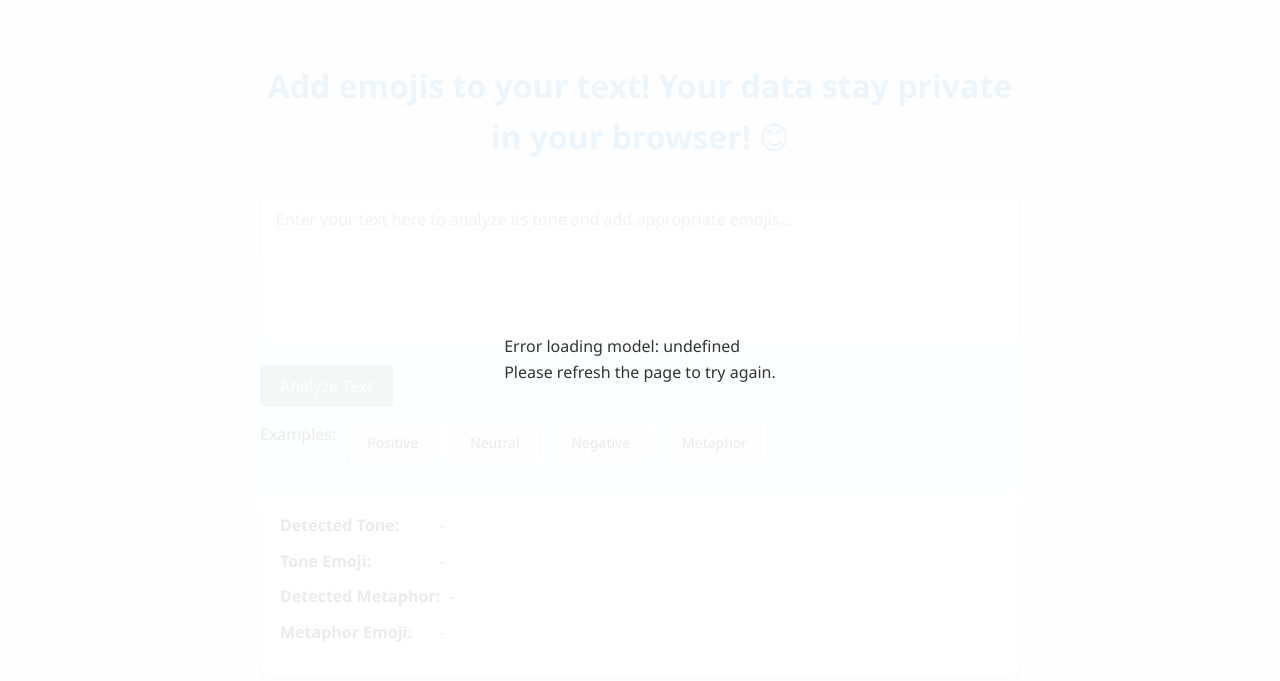
Repository: Teycir/emojiadder
Page: index.html
The author's editor kept a copy of each file at every save. The page is drawn from the files as they stood at one save, then again after the next save.
The browser window is 1280 px wide. The pictures show the window.
A layer covers the whole window, so only the first screen is drawn.

Above is the page before, as saved 2025-03-23 14:37:34.

### index.html
<!DOCTYPE html>
<html lang="en">

<head>
  <link rel="icon" type="image/svg+xml" href="data:[embedded picture, 137 characters]" />
    <meta charset="UTF-8">
    <meta name="viewport" content="width=device-width, initial-scale=1.0">
    <title>Private Emoji adder</title>

    <!-- Preload critical resources -->
    <link rel="preload" href="https://cdn.jsdelivr.net/npm/@xenova/transformers@2.14.0/dist/transformers.min.js" as="script" />
    <link rel="modulepreload" href="./models/sentiment.worker.js" />
    <link rel="modulepreload" href="./models/SentimentModel.js" />
    <link rel="modulepreload" href="./TextToneDetector.js" />
    <link rel="modulepreload" href="./utils/EmojiUtils.js" />
    <link rel="modulepreload" href="./utils/MetaphorUtils.js" />

    <link rel="stylesheet" href="styles.css">

    <!-- Start loading the model worker early -->
    <script type="module">
        // Register service worker for model caching
        if ('serviceWorker' in navigator) {
            window.addEventListener('load', () => {
                navigator.serviceWorker.register('./service-worker.js')
                    .then(registration => {
                        console.log('Service Worker registered with scope:', registration.scope);
                    })
                    .catch(error => {
                        console.error('Service Worker registration failed:', error);
                    });
            });
        }

        // Create a hidden iframe to start loading the worker in parallel
        window.addEventListener('load', () => {
            setTimeout(() => {
                const modelLoader = new Worker('./models/sentiment.worker.js', { type: 'module' });
                window.preloadedModelWorker = modelLoader;
                console.log('Preloaded model worker');
            }, 0);
        });
    </script>
</head>

<body>
    <div class="container">

        <h1>Add emojis to your text! Your data stay private in your browser! 😊</h1>


        <div class="input-section">
            <textarea id="text-input"
                placeholder="Enter your text here to analyze its tone and add appropriate emojis..."></textarea>
            <button id="analyze-btn">Analyze Text</button>
            <div class="examples">
                <p>Examples:</p>
                <button class="example-btn"
                    data-text="I'm so happy with the results! This is amazing.">Positive</button>
                <button class="example-btn" data-text="This is just okay, nothing special.">Neutral</button>
                <button class="example-btn" data-text="I'm really disappointed with this service.">Negative</button>
                <button class="example-btn"
                    data-text="The journey to success is like climbing a mountain.">Metaphor</button>
            </div>
        </div>

        <div class="result-section">
            <div class="result-card">
                <div class="result-item">
                    <div class="label">Detected Tone:</div>
                    <div id="tone-result" class="value">-</div>
                </div>
                <div class="result-item">
                    <div class="label">Tone Emoji:</div>
                    <div id="tone-emoji" class="value">-</div>
                </div>
                <div class="result-item">
                    <div class="label">Detected Metaphor:</div>
                    <div id="metaphor-result" class="value">-</div>
                </div>
                <div class="result-item">
                    <div class="label">Metaphor Emoji:</div>
                    <div id="metaphor-emoji" class="value">-</div>
                </div>
            </div>
            <div class="enhanced-text-card">
                <h2>Enhanced Text</h2>
                <div id="enhanced-text-result">-</div>
            </div>
        </div>

        <div class="loader-container" id="loader">
            <div class="loader"></div>
            <div id="loading-status">Initializing...</div>
            <div class="loading-progress">
                <div id="loading-progress-bar" class="loading-progress-bar"></div>
            </div>
            <p>The model will be cached for instant access on your next visit.</p>
        </div>
    </div>

    <!-- Note the type="module" to use ES modules (modules are deferred by default) -->
    <script type="module" src="./script.js"></script>
    <div style="top: 5px; left: 10px; font-size: xx-small; margin: 10px;">
        <a href="https://github.com/Teycir/emojiadder">
            Code on GitHubRepo.
        </a><br>
        Made by <a href="https://www.teycirbensoltane.tn">Teycir Ben Soltane.</a><br>
        We respect privacy, your text stays in the browser.
    </div>

</body>

</html>

### models/sentiment.worker.js
// Web Worker for loading and running the sentiment model
import { pipeline } from 'https://cdn.jsdelivr.net/npm/@xenova/transformers@2.14.0/dist/transformers.min.js';

// Store the pipeline instance
let sentimentPipeline = null;

// Handle messages from the main thread
self.onmessage = async function(event) {
  const { type, data } = event.data;

  switch (type) {
    case 'initialize':
      try {
        console.log('[Worker] Starting to load sentiment model...');

        // Initialize the sentiment analysis pipeline
        sentimentPipeline = await pipeline('sentiment-analysis', 'Xenova/distilbert-base-uncased-finetuned-sst-2-english');

        console.log('[Worker] Sentiment model loaded successfully');

        // Notify the main thread that the model is ready
        self.postMessage({ type: 'initialized', success: true });
      } catch (error) {
        console.error('[Worker] Error loading model:', error);
        self.postMessage({
          type: 'initialized',
          success: false,
          error: error.message
        });
      }
      break;

    case 'analyze':
      try {
        if (!sentimentPipeline) {
          throw new Error('Model not loaded yet');
        }

        const text = data.text;
        const result = await sentimentPipeline(text);

        self.postMessage({
          type: 'result',
          requestId: data.requestId,
          result: result[0]
        });
      } catch (error) {
        console.error('[Worker] Analysis error:', error);
        self.postMessage({
          type: 'result',
          requestId: data.requestId,
          error: error.message
        });
      }
      break;
  }
};

// Start preloading the model immediately when the worker is instantiated
console.log('[Worker] Worker initialized, preloading model...');
self.postMessage({ type: 'preloading' });

// Begin loading the model right away without waiting for a message
(async function() {
  try {
    console.log('[Worker] Auto-starting model initialization');
    sentimentPipeline = await pipeline('sentiment-analysis', 'Xenova/distilbert-base-uncased-finetuned-sst-2-english');
    console.log('[Worker] Model preloaded successfully');
    self.postMessage({ type: 'initialized', success: true });
  } catch (error) {
    console.error('[Worker] Error preloading model:', error);
    // We don't send an error here as we'll attempt to load again when requested
  }
})();

### models/SentimentModel.js
/**
 * Handles sentiment analysis using Transformers.js via Web Worker
 * Implements caching and background loading to improve performance
 */
class SentimentModel {
  // Static properties for caching
  static instance = null;
  static worker = null;
  static isInitializing = false;
  static initPromise = null;
  static requestCounter = 0;
  static pendingRequests = new Map();

  constructor() {
    console.log('SentimentModel constructor called');

    // Return existing instance if available
    if (SentimentModel.instance) {
      console.log('Returning cached SentimentModel instance');
      return SentimentModel.instance;
    }

    this.isLoaded = false;

    // Store this instance as the singleton
    SentimentModel.instance = this;

    // Initialize worker if not already created
    if (!SentimentModel.worker) {
      this._initWorker();
    }
  }

  /**
   * Initialize the Web Worker
   * @private
   */
  _initWorker() {
    console.log('Creating sentiment model worker');

    // Create a new worker
    SentimentModel.worker = new Worker('./models/sentiment.worker.js', { type: 'module' });

    // Set up message handler
    SentimentModel.worker.onmessage = (event) => {
      const { type, requestId, result, success, error } = event.data;

      switch (type) {
        case 'preloading':
          console.log('Model preloading started in worker');
          break;

        case 'initialized':
          console.log('Model initialization complete, success:', success);
          if (success) {
            this.isLoaded = true;
            if (SentimentModel.initPromise) {
              SentimentModel.isInitializing = false;
              SentimentModel.initPromise.resolve(true);
            }
          } else {
            if (SentimentModel.initPromise) {
              SentimentModel.isInitializing = false;
              SentimentModel.initPromise.reject(new Error(error || 'Model initialization failed'));
            }
          }
          break;

        case 'result':
          // Resolve the pending promise for this request
          const pendingRequest = SentimentModel.pendingRequests.get(requestId);
          if (pendingRequest) {
            if (error) {
              pendingRequest.reject(new Error(error));
            } else {
              pendingRequest.resolve(result);
            }
            SentimentModel.pendingRequests.delete(requestId);
          }
          break;
      }
    };

    // Handle worker errors
    SentimentModel.worker.onerror = (error) => {
      console.error('Worker error:', error);
      if (SentimentModel.initPromise && SentimentModel.isInitializing) {
        SentimentModel.isInitializing = false;
        SentimentModel.initPromise.reject(error);
      }
    };
  }

  /**
   * Initialize the sentiment analysis model
   * @returns {Promise} Resolves when model is loaded
   */
  async initialize() {
    // If model is already loaded, return immediately
    if (this.isLoaded) {
      console.log('Model already loaded, using cached instance');
      return Promise.resolve(true);
    }

    // If initialization is in progress, return the existing promise
    if (SentimentModel.isInitializing) {
      console.log('Model initialization already in progress, waiting...');
      return SentimentModel.initPromise;
    }

    // Create a new initialization promise
    SentimentModel.isInitializing = true;

    let promiseResolve, promiseReject;
    SentimentModel.initPromise = new Promise((resolve, reject) => {
      promiseResolve = resolve;
      promiseReject = reject;
    });

    // Store resolvers in the promise
    SentimentModel.initPromise.resolve = promiseResolve;
    SentimentModel.initPromise.reject = promiseReject;

    console.log('Requesting model initialization from worker');
    SentimentModel.worker.postMessage({ type: 'initialize' });

    return SentimentModel.initPromise;
  }

  /**
   * Analyze text sentiment
   * @param {string} text - Text to analyze
   * @returns {Object} Sentiment result
   */
  async analyze(text) {
    if (!SentimentModel.worker) {
      throw new Error('Worker not initialized');
    }

    // Create a promise for this specific request
    const requestId = ++SentimentModel.requestCounter;

    let resolveRequest, rejectRequest;
    const requestPromise = new Promise((resolve, reject) => {
      resolveRequest = resolve;
      rejectRequest = reject;
    });

    // Store the promise resolvers
    SentimentModel.pendingRequests.set(requestId, {
      resolve: resolveRequest,
      reject: rejectRequest
    });

    // Send the analysis request to the worker
    SentimentModel.worker.postMessage({
      type: 'analyze',
      data: {
        requestId,
        text
      }
    });

    return requestPromise;
  }
}

export default SentimentModel;

### utils/EmojiUtils.js
/**
 * Provides emoji-related functionality
 */
class EmojiUtils {
    constructor() {
      // Metaphor emoji mappings
      this.metaphorEmojis = {
        speed: ['🚀', '⚡', '💨', '🏃‍♂️'],
        strength: ['💪', '🦾', '🦁', '🐂'],
        growth: ['🌱', '🌳', '📈', '⬆️'],
        time: ['⏰', '⌛', '🕒', '📅'],
        money: ['💰', '💵', '💸', '💲'],
        success: ['🏆', '🥇', '🎖️', '🔝'],
        failure: ['👎', '📉', '❌', '💥'],
        idea: ['💡', '✨', '🧠', '🤔'],
        communication: ['💬', '📣', '📱', '✉️'],
        love: ['❤️', '💕', '💘', '🌹'],
        journey: ['🛣️', '🧭', '🧳', '🚶‍♂️'],
        competition: ['🏁', '🥊', '⚔️', '🎯'],
        health: ['🏥', '💊', '🩺', '🫀'],
        technology: ['📱', '💻', '🤖', '⚙️'],
        education: ['📚', '🎓', '✏️', '🧮'],
        nature: ['🌿', '🌳', '🌊', '🏔️'],
        celebration: ['🎉', '🎊', '🥂', '🎈']
      };

      // Tone emoji mappings
      this.toneEmojis = {
        positive: ['😊', '😄', '🥰', '✨', '👍', '🙌'],
        neutral: ['😐', '🤔', '🧐', '📝', '🔍', '💭'],
        negative: ['😔', '😢', '😞', '😠', '👎', '💔']
      };
    }

    /**
     * Get random emoji from a list
     * @param {Array} emojiList - List of emojis to choose from
     * @returns {string} - Random emoji
     */
    getRandomEmoji(emojiList) {
      if (!emojiList || emojiList.length === 0) {
        return '';
      }
      const randomIndex = Math.floor(Math.random() * emojiList.length);
      return emojiList[randomIndex];
    }

    /**
     * Get emoji for a tone
     * @param {string} tone - Tone to get emoji for
     * @returns {string} - Emoji
     */
    getToneEmoji(tone) {
      return this.getRandomEmoji(this.toneEmojis[tone] || []);
    }

    /**
     * Get emoji for a metaphor
     * @param {string} metaphor - Metaphor to get emoji for
     * @returns {string} - Emoji
     */
    getMetaphorEmoji(metaphor) {
      return metaphor ? this.getRandomEmoji(this.metaphorEmojis[metaphor] || []) : '';
    }
  }

  export default EmojiUtils;

### styles.css
* {
    margin: 0;
    padding: 0;
    box-sizing: border-box;
    font-family: 'Segoe UI', Tahoma, Geneva, Verdana, sans-serif;
}

body {
    background-color: #f5f7fa;
    color: #333;
    line-height: 1.6;
}

.container {
    max-width: 800px;
    margin: 40px auto;
    padding: 20px;
}

h1 {
    text-align: center;
    margin-bottom: 30px;
    color: #3498db;
}

h2 {
    color: #2980b9;
    margin-bottom: 15px;
}

.input-section {
    margin-bottom: 30px;
}

textarea {
    width: 100%;
    height: 150px;
    padding: 15px;
    border: 1px solid #ddd;
    border-radius: 8px;
    resize: none;
    font-size: 16px;
    margin-bottom: 15px;
    transition: border 0.3s;
}

textarea:focus {
    outline: none;
    border-color: #3498db;
}

button {
    background-color: #3498db;
    color: white;
    border: none;
    padding: 10px 20px;
    border-radius: 5px;
    cursor: pointer;
    font-size: 16px;
    transition: background-color 0.3s;
}

button:hover {
    background-color: #2980b9;
}

button:disabled {
    background-color: #95a5a6;
    cursor: not-allowed;
}

.result-section {
    display: flex;
    flex-direction: column;
    gap: 20px;
    margin-bottom: 30px;
}

.result-card, .enhanced-text-card {
    background-color: white;
    border-radius: 8px;
    padding: 20px;
    box-shadow: 0 4px 6px rgba(0, 0, 0, 0.1);
}

.result-item {
    margin-bottom: 10px;
    display: flex;
    align-items: center;
}

.label {
    font-weight: bold;
    margin-right: 10px;
    min-width: 150px;
}

#enhanced-text-result {
    padding: 15px;
    background-color: #f9f9f9;
    border-radius: 5px;
    font-size: 18px;
    min-height: 60px;
    line-height: 1.5;
}

.examples-section {
    margin-top: 30px;
}

.examples {
    display: flex;
    flex-wrap: wrap;
    gap: 10px;
    margin-top: 15px;
}

.example-btn {
    background-color: #f0f0f0;
    color: #333;
    border: 1px solid #ddd;
    font-size: 14px;
}

.example-btn:hover {
    background-color: #e0e0e0;
}

/* Tone colors */
.positive {
    color: #27ae60;
}

.neutral {
    color: #f39c12;
}

.negative {
    color: #e74c3c;
}

/* Loader Styles */
.loader-container {
    position: fixed;
    top: 0;
    left: 0;
    width: 100%;
    height: 100%;
    background-color: rgba(255, 255, 255, 0.9);
    display: flex;
    flex-direction: column;
    justify-content: center;
    align-items: center;
    z-index: 1000;
}

.loader {
    border: 5px solid #f3f3f3;
    border-top: 5px solid #3498db;
    border-radius: 50%;
    width: 50px;
    height: 50px;
    animation: spin 1s linear infinite;
    margin-bottom: 20px;
}

@keyframes spin {
    0% { transform: rotate(0deg); }
    100% { transform: rotate(360deg); }
}

/* Responsive design */
@media (max-width: 600px) {
    .container {
        padding: 15px;
        margin: 20px auto;
    }

    .result-item {
        flex-direction: column;
        align-items: flex-start;
    }

    .label {
        margin-bottom: 5px;
    }

    .examples {
        flex-direction: column;
    }
}

### script.js
import TextToneDetector from './TextToneDetector.js';

// DOM event listeners
document.addEventListener('DOMContentLoaded', () => {
  console.log('DOM content loaded, initializing application');

  // DOM elements
  const textInput = document.getElementById('text-input');
  const analyzeBtn = document.getElementById('analyze-btn');
  const toneResult = document.getElementById('tone-result');
  const toneEmoji = document.getElementById('tone-emoji');
  const metaphorResult = document.getElementById('metaphor-result');
  const metaphorEmoji = document.getElementById('metaphor-emoji');
  const enhancedTextResult = document.getElementById('enhanced-text-result');
  const exampleBtns = document.querySelectorAll('.example-btn');
  const loader = document.getElementById('loader');

  // Disable analyze button until model loads
  analyzeBtn.disabled = true;

  // Make sure the loader is visible
  loader.style.display = 'flex';

  // Create detector instance
  console.log('Creating TextToneDetector instance');
  const toneDetector = new TextToneDetector();

  // Add event listener to limit textarea to 400 lines and alert if exceeded
  textInput.addEventListener('input', function() {
    const lines = this.value.split('\n');
    if (lines.length > 400) {
      alert("400 max lines allowed!");
      this.value = lines.slice(0, 400).join('\n');
    }
  });

  // Analyze text function
  async function analyzeText() {
    const text = textInput.value.trim();

    if (!text) {
      alert('Please enter some text to analyze.');
      return;
    }

    // Show loading indicator
    analyzeBtn.disabled = true;
    analyzeBtn.textContent = 'Analyzing...';

    try {
      const result = await toneDetector.analyze(text);

      // Display results
      toneResult.textContent = result.tone.charAt(0).toUpperCase() + result.tone.slice(1);
      toneResult.className = result.tone;

      toneEmoji.textContent = result.toneEmoji || 'None';

      metaphorResult.textContent = result.metaphor
        ? result.metaphor.charAt(0).toUpperCase() + result.metaphor.slice(1)
        : 'None detected';

      metaphorEmoji.textContent = result.metaphorEmoji || 'None';

      enhancedTextResult.textContent = result.enhancedText;
    } catch (error) {
      console.error('Error in analysis:', error);
      enhancedTextResult.textContent = 'An error occurred during analysis. Please try again.';
    } finally {
      // Reset button
      analyzeBtn.disabled = false;
      analyzeBtn.textContent = 'Analyze Text';
    }
  }

  // Event listeners
  analyzeBtn.addEventListener('click', analyzeText);

  textInput.addEventListener('keydown', function(e) {
    if (e.key === 'Enter' && e.ctrlKey) {
      analyzeText();
    }
  });

  // Example buttons
  exampleBtns.forEach(btn => {
    btn.addEventListener('click', function() {
      const exampleText = this.getAttribute('data-text');
      textInput.value = exampleText;
      analyzeText();
    });
  });

  // Initial instructions
  enhancedTextResult.textContent = 'Enter text and click "Analyze Text" to see the enhanced result with emojis.';
});

Loaded but not shown: utils/MetaphorUtils.js (348 lines, source omitted); TextToneDetector.js (167 lines, source omitted)

After the next save:
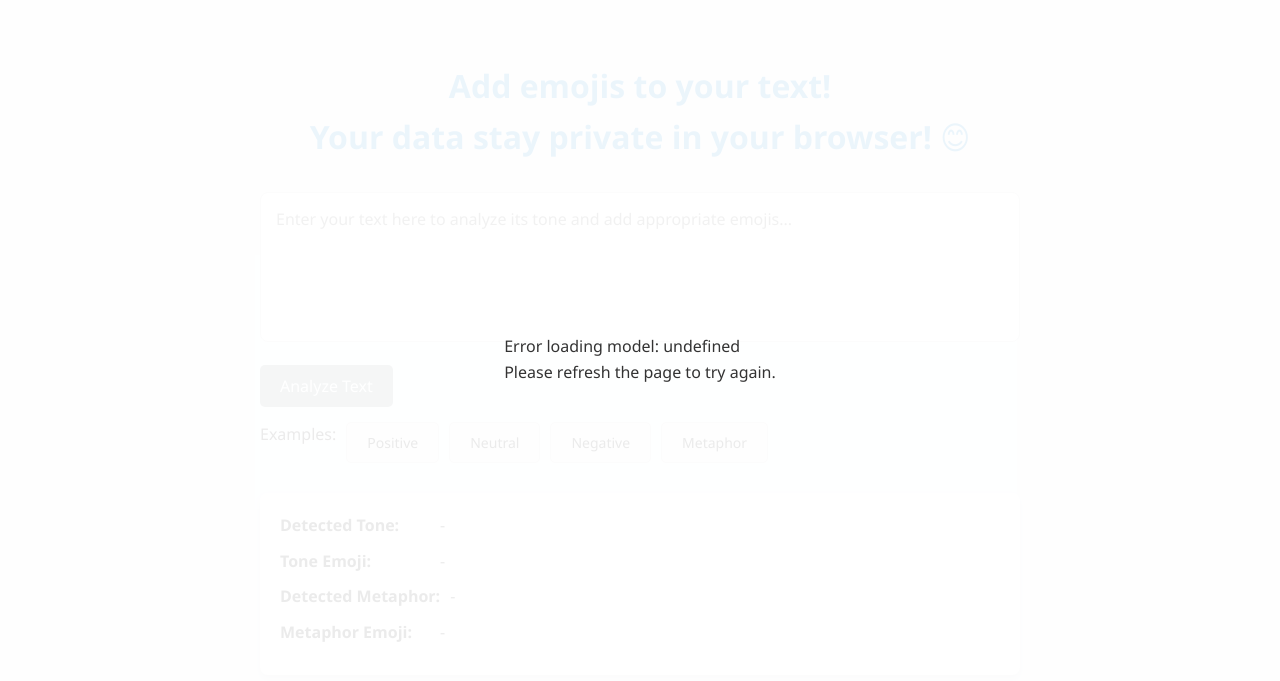
Saved 17 s later.
--- a/index.html
+++ b/index.html
@@ -46,7 +46,8 @@
 <body>
     <div class="container">
 
-        <h1>Add emojis to your text! Your data stay private in your browser! 😊</h1>
+        <h1>Add emojis to your text! <br>
+            Your data stay private in your browser! 😊</h1>
 
 
         <div class="input-section">
